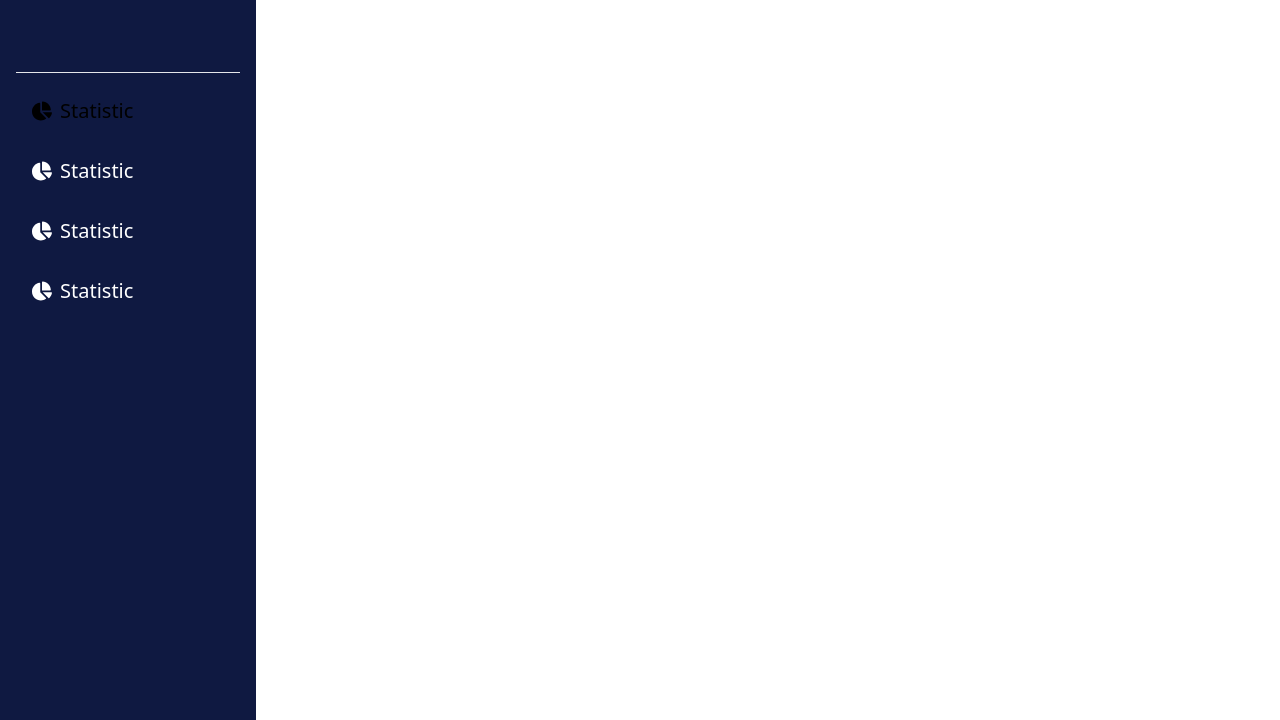
Repository: huynhvanngoan/COMP1640FE-Template
Page: /admin
The author's editor kept a copy of each file at every save. The page is drawn from the files as they stood at one save, then again after the next save.
The browser window is 1280 px wide. The pictures show the whole page.
The project was rebuilt for these pictures with package versions that can differ from the ones it lists, and the page was loaded fresh each time. Also part of the build but not shown: src/components/buttonStyles.js, src/pages/LoginPage.jsx, src/pages/admin/AdminDashboard.jsx, src/pages/student/StudentDashboard.jsx, src/pages/department/DepartmentDashboard.jsx, src/pages/marketing/MarketingDashboard.jsx, src/pages/guest/GuestDashboard.jsx.

Above is the page before, as saved 2024-03-24 05:08:20.

### src/index.js
import React from 'react';
import ReactDOM from 'react-dom/client';
import './index.css';
import App from './App';

const root = ReactDOM.createRoot(document.getElementById('root'));
root.render(
  <React.StrictMode>
      <App />
  </React.StrictMode>
)

### src/index.css
@import url('https://fonts.googleapis.com/css2?family=Inter:wght@100;200;300;400;500;600;700;800;900&display=swap');
@tailwind base;
@tailwind components;
@tailwind utilities;

### src/App.js
import React from 'react'
import { BrowserRouter as Router, Routes, Route, Navigate } from "react-router-dom";
import LoginPage from './pages/LoginPage';
import AdminDashboard from './pages/admin/AdminDashboard';
import StudentDashboard from './pages/student/StudentDashboard';
import DepartmentDashboard from './pages/department/DepartmentDashboard';
import MarketingDashboard from './pages/marketing/MarketingDashboard';
import GuestDashboard from './pages/guest/GuestDashboard';
import Layout from './pages/admin/layout';
const App = () => {


  return (
    <Router>
        <Routes>
          <Route path="/login" element={<LoginPage/>} />

          <Route path="/admin" element={<Layout />}/>

          <Route path="/student-dashboard" element={<StudentDashboard />}/>

          <Route path="/guest-dashboard" element={<GuestDashboard />}/>

          <Route path="/department-dashboard" element={<DepartmentDashboard />}/>

          <Route path="/marketing-dashboard" element={<MarketingDashboard />}/>

          {/* <Route path='/marketing-homepage' element={<MarketingHomePage  />}/> */}

          <Route path='*' element={<Navigate to="/login" />} />

        </Routes>
    </Router>
  )
}

export default App

### src/pages/admin/layout.js
import React from 'react';
import Sidebar from './Sidebar';


export default function Layout() {
  return (
    <>
        <Sidebar />
    </>
  );
}

### src/pages/admin/Sidebar.js
import React from 'react';
import { Link } from 'react-router-dom';
import { FaChartPie } from "react-icons/fa";

export default function Sidebar() {
  return (
    <div className='fixed left-0 top-0 w-64 h-full bg-[#0f1941] p-4 pt-14'>
        <div className='flex items-center'>
          <ul className='my-4  border-t pt-4 w-full'>
            <li className='mb-4'>
              <Link to="#" className='flex w-full rounded-md items-center space-x-2 text-gray- px-4 py-2 text-xl hover:bg-[#080e24] '>
                <FaChartPie />
                <span>Statistic</span>
              </Link>
            </li>
            <li className='mb-4'>
              <Link to="#" className='flex w-full rounded-md  items-center space-x-2 text-white px-4 py-2 text-xl hover:bg-[#080e24] '>
                <FaChartPie />
                <span>Statistic</span>
              </Link>
            </li>
            <li className='mb-4'>
              <Link to="#" className='flex w-full rounded-md  items-center space-x-2 text-white px-4 py-2 text-xl hover:bg-[#080e24] '>
                <FaChartPie />
                <span>Statistic</span>
              </Link>
            </li>
            <li className='mb-4'>
              <Link to="#" className='flex w-full rounded-md  items-center space-x-2 text-white px-4 py-2 text-xl hover:bg-[#080e24] '>
                <FaChartPie />
                <span>Statistic</span>
              </Link>
            </li>
          </ul>
        </div>
    </div>
  );
}

### tailwind.config.js
/** @type {import('tailwindcss').Config} */
module.exports = {
  content: [
    "./src/**/*.{js,jsx,ts,tsx}",
  ],
  theme: {
    extend: {
      fontFamily: {
        "inter": ["Inter", "sans-serif"]
      }
    },
  },
  plugins: [],
}

Loaded but not shown: public/index.html (common file)

After the next save:
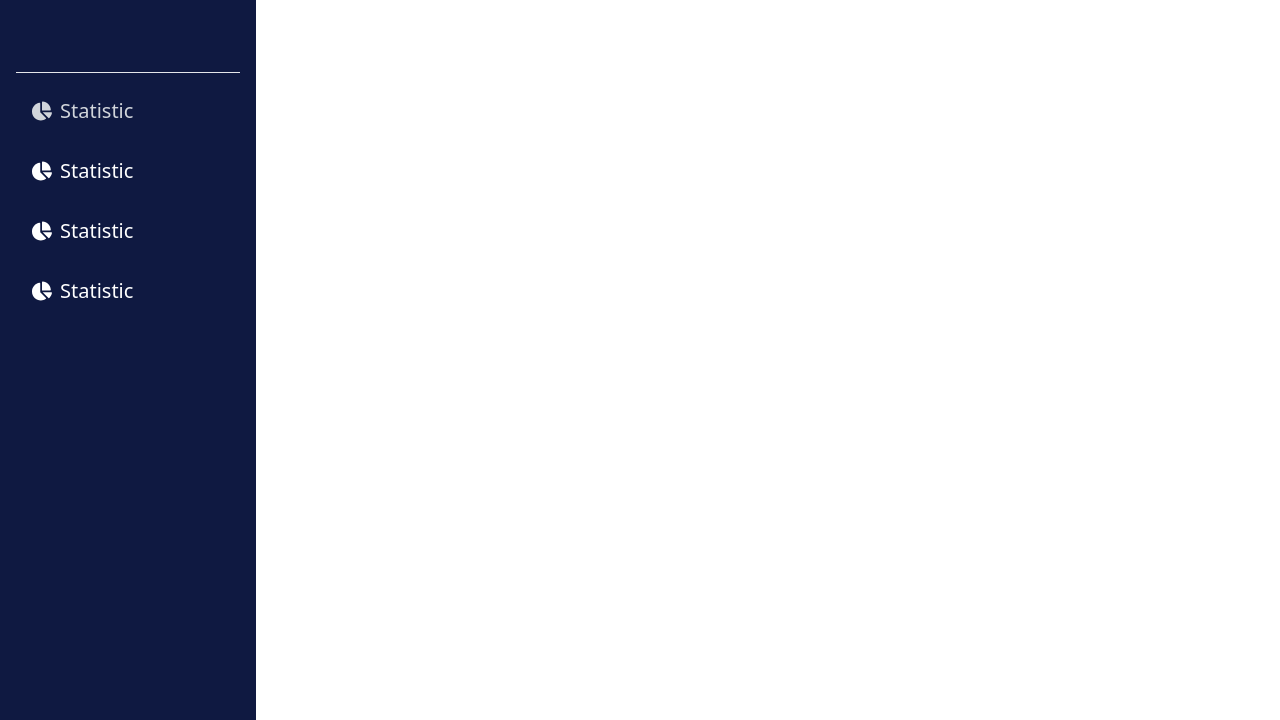
Saved 5 s later.
--- a/src/pages/admin/Sidebar.js
+++ b/src/pages/admin/Sidebar.js
@@ -8,7 +8,7 @@ export default function Sidebar() {
         <div className='flex items-center'>
           <ul className='my-4  border-t pt-4 w-full'>
             <li className='mb-4'>
-              <Link to="#" className='flex w-full rounded-md items-center space-x-2 text-gray- px-4 py-2 text-xl hover:bg-[#080e24] '>
+              <Link to="#" className='flex w-full rounded-md items-center space-x-2 text-gray-300 px-4 py-2 text-xl hover:bg-[#080e24] '>
                 <FaChartPie />
                 <span>Statistic</span>
               </Link>
